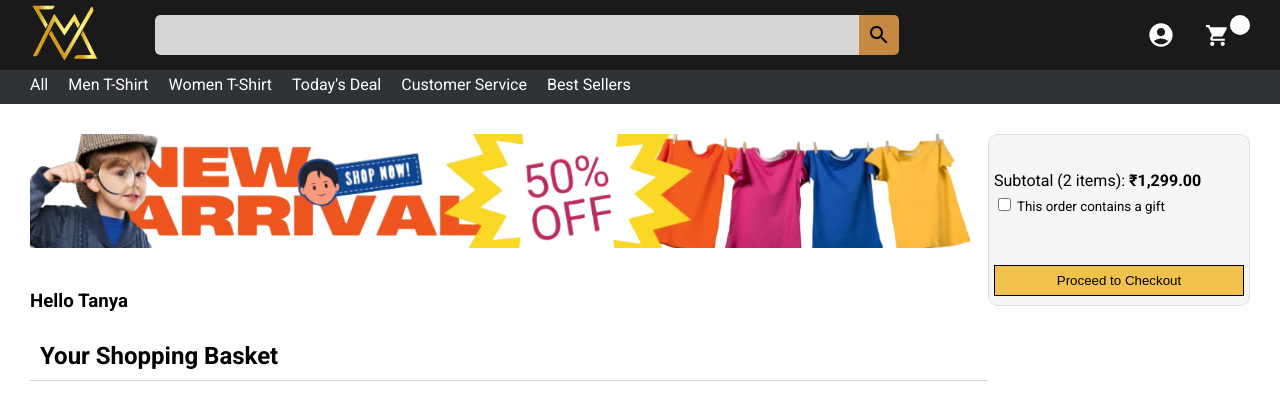
Repository: RiwanshiSoni/MatraVastra
Page: /cart
An editor plug-in stored every save of this project. The page is shown before and after the next save, followed by the edit.
The browser window is 1280 px wide. The pictures show the whole page.
The page's requests for data from a server got no answer. The project was rebuilt for these pictures with package versions that can differ from the ones it lists, and the page was loaded fresh each time. No one was signed in, and anything a server would have sent is missing. Also part of the build but not shown: vite.config.js, src/Product.jsx, src/Login.jsx, src/Slider.jsx, src/SignUp.jsx, src/css/banner.css, src/Banner.jsx.

Above is the page before, as saved 2024-08-29 19:59:53.

After the next save:
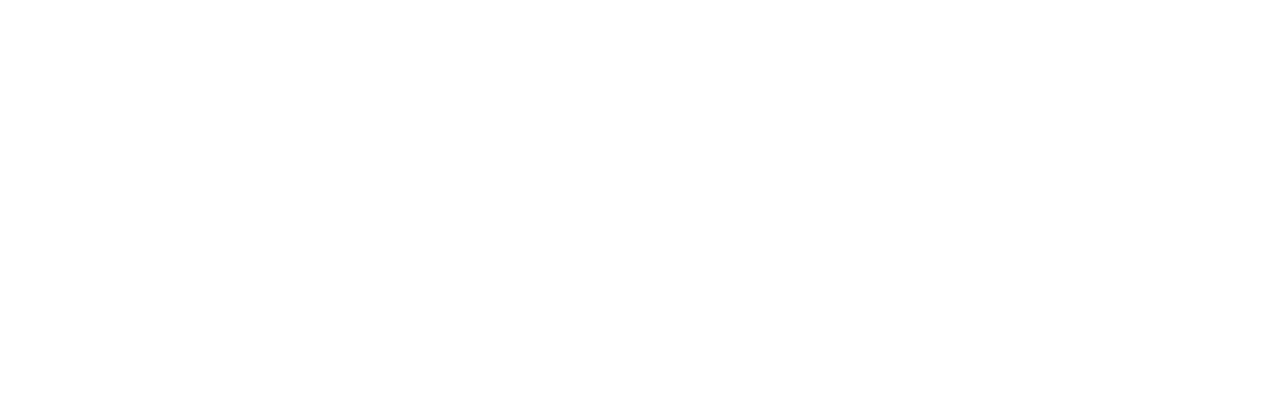
Console error (its wording comes from the project's code and is left out).
Saved 96 s later.
--- a/src/ShoppingCart.jsx
+++ b/src/ShoppingCart.jsx
@@ -1,75 +1,75 @@
-import React from "react";
-import Leaderboard from "./leaderboard00.png";
-import CheckoutProductImg from "./p2.png";
-import "./css/shopping.css";
+// import React from "react";
+// import Leaderboard from "./leaderboard00.png";
+// import CheckoutProductImg from "./p2.png";
+// import "./css/shopping.css";
 
-function ShoppingCart({ cart }) {
-  console.log(cart);
-  return (
-    <div className="checkout">
-      <div className="checkout_left">
-        <img src={Leaderboard} className="checkout_ad" alt="Leaderboard Ad" />
-        <div>
-          <h3 className="h3">Hello Tanya</h3>
-          <h2 className="checkout_title">Your Shopping Basket</h2>
+// function ShoppingCart({ cart }) {
+//   console.log(cart);
+//   return (
+//     <div className="checkout">
+//       <div className="checkout_left">
+//         <img src={Leaderboard} className="checkout_ad" alt="Leaderboard Ad" />
+//         <div>
+//           <h3 className="h3">Hello Tanya</h3>
+//           <h2 className="checkout_title">Your Shopping Basket</h2>
 
-          {cart?.line_items?.map((item) => {
-            // console.log(cart); // Check the structure of cart before rendering
+//           {cart?.line_items?.map((item) => {
+//             // console.log(cart); // Check the structure of cart before rendering
 
-            return (
-              <div className="checkoutProduct" key={item.id}>
-                <img
-                  src={item.media.source}
-                  className="checkoutProduct_img"
-                  alt="Product"
-                />
-                <div className="checkoutProduct_info">
-                  <p className="checkoutProduct_title">{item.name}</p>
-                  <p className="checkoutProduct_price">
-                    <strong>
-                      {item.price.formatted_with_symbol} * {item.quantity} = ₹{" "}
-                      {(item.price.raw * item.quantity).toFixed(2)}
-                    </strong>
-                  </p>
-                  <button>Remove From Basket</button>
-                </div>
-              </div>
-            );
-          })}
+//             return (
+//               <div className="checkoutProduct" key={item.id}>
+//                 <img
+//                   src={item.media.source}
+//                   className="checkoutProduct_img"
+//                   alt="Product"
+//                 />
+//                 <div className="checkoutProduct_info">
+//                   <p className="checkoutProduct_title">{item.name}</p>
+//                   <p className="checkoutProduct_price">
+//                     <strong>
+//                       {item.price.formatted_with_symbol} * {item.quantity} = ₹{" "}
+//                       {(item.price.raw * item.quantity).toFixed(2)}
+//                     </strong>
+//                   </p>
+//                   <button>Remove From Basket</button>
+//                 </div>
+//               </div>
+//             );
+//           })}
 
-          {/* <div className="checkoutProduct">
-            <img src={CheckoutProductImg} className="checkoutProduct_img" alt="Product" />
-            <div className="checkoutProduct_info">
-              <p className='checkoutProduct_title'>Product Name</p>
-              <p className='checkoutProduct_price'>
-                <strong>₹600.00 * 1 = ₹ 600</strong>
-              </p>
-              <button>Remove From Basket</button>
-            </div>
-          </div> */}
-        </div>
-      </div>
-      <div className="checkout_right">
-        <div className="subtotal">
-          <p  className='p'>
-            Subtotal (2 items): <strong>₹1,299.00</strong>
+//           {/* <div className="checkoutProduct">
+//             <img src={CheckoutProductImg} className="checkoutProduct_img" alt="Product" />
+//             <div className="checkoutProduct_info">
+//               <p className='checkoutProduct_title'>Product Name</p>
+//               <p className='checkoutProduct_price'>
+//                 <strong>₹600.00 * 1 = ₹ 600</strong>
+//               </p>
+//               <button>Remove From Basket</button>
+//             </div>
+//           </div> */}
+//         </div>
+//       </div>
+//       <div className="checkout_right">
+//         <div className="subtotal">
+//           <p  className='p'>
+//             Subtotal (2 items): <strong>₹1,299.00</strong>
 
 
-          </p>
-          <small className="subtotal_gift">
-            <input type="checkbox"/> This order contains a gift
-          </small>
+//           </p>
+//           <small className="subtotal_gift">
+//             <input type="checkbox"/> This order contains a gift
+//           </small>
 
-        <div className="subtotalButton">
-          <button className='proceedToCheckOutButton'>Proceed to Checkout</button>
-          </div>
-        </div>
-      </div>
-    </div>
-  );
-}
+//         <div className="subtotalButton">
+//           <button className='proceedToCheckOutButton'>Proceed to Checkout</button>
+//           </div>
+//         </div>
+//       </div>
+//     </div>
+//   );
+// }
 
-export default ShoppingCart;
+// export default ShoppingCart;
 
 // ***************************************************************
 

After the save that followed:
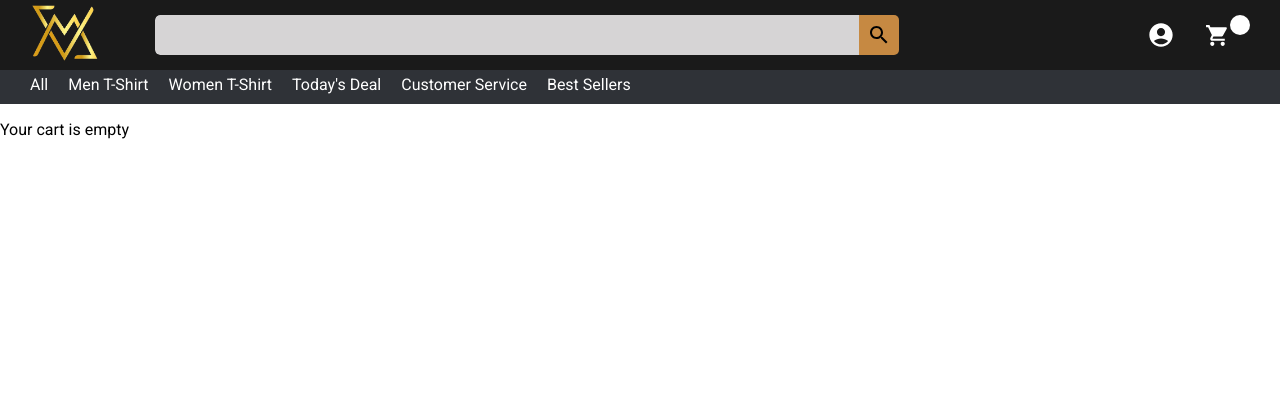
The error is gone.
Saved 22 s later.
--- a/src/ShoppingCart.jsx
+++ b/src/ShoppingCart.jsx
@@ -183,3 +183,49 @@
 // }
 
 // export default ShoppingCart;
+
+
+// *****************************************************************************
+
+
+
+// Testing the code
+
+
+
+
+
+import React from 'react';
+
+const ShoppingCart = ({ cart }) => {
+  if (!cart || !cart.line_items) {
+    return <p>Your cart is empty</p>;
+  }
+
+  const calculateSubtotal = (items) => {
+    return items.reduce((total, item) => {
+      return total + item.price.raw * item.quantity;
+    }, 0);
+  };
+
+  const subtotal = calculateSubtotal(cart.line_items);
+
+  return (
+    <div>
+      {cart.line_items.map((item, index) => (
+        <div key={index}>
+          {item.image && item.image.source && (
+            <img src={item.image.source} alt={item.name} />
+          )}
+          <p>{item.name}</p>
+          <p>{item.price.formatted_with_symbol}</p>
+        </div>
+      ))}
+      <div>
+        <h3>Subtotal: {subtotal}</h3>
+      </div>
+    </div>
+  );
+};
+
+export default ShoppingCart;
